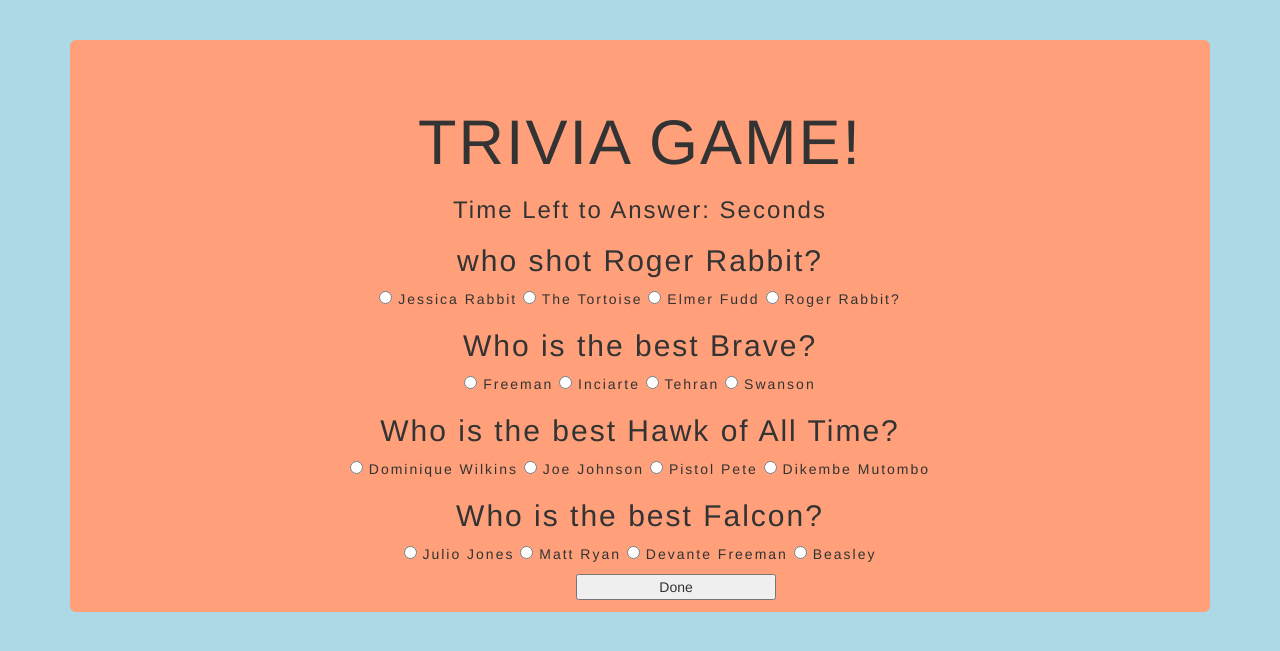
Repository: phiniezyc/TriviaGame
Page: index.html
An editor plug-in stored every save of this project. The page is shown before and after the next save, followed by the edit.
The browser window is 1280 px wide. The pictures show the whole page.
After loading, the first visible `#startGameButton` was clicked once.
Some web libraries are served in a nearby version.

Above is the page before, as saved 2017-09-14 01:51:18.
Console error: TypeError: "#timeLeft".html is not a function

After the next save:
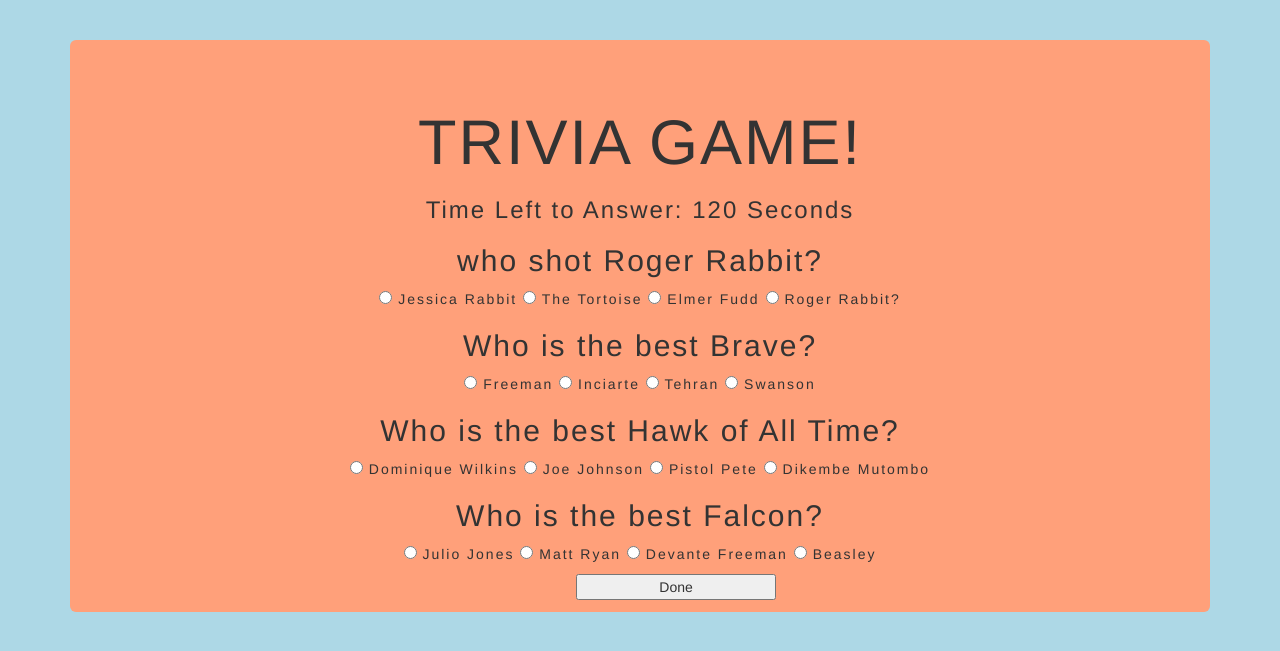
Saved 13 s later.
--- a/assets/javascript/app.js
+++ b/assets/javascript/app.js
@@ -44,7 +44,7 @@
     },
     startTimer: function() {
         timer = setInterval(trivaScoring.timeLeft, 1000);
-        $("#questionSection").prepend("<h3>Time Left to Answer: <span id = 'timeLeft'>  </span> Seconds </h3>");
+        $("#questionSection").prepend("<h3>Time Left to Answer: <span id = 'timeLeft'> 120 </span> Seconds </h3>");
         $("#startGameButton").remove();
         for (var i = 0; i < questions.length; i++) {
             $("#questionSection").append("<h2>" + questions[i].question + "</h2>");
